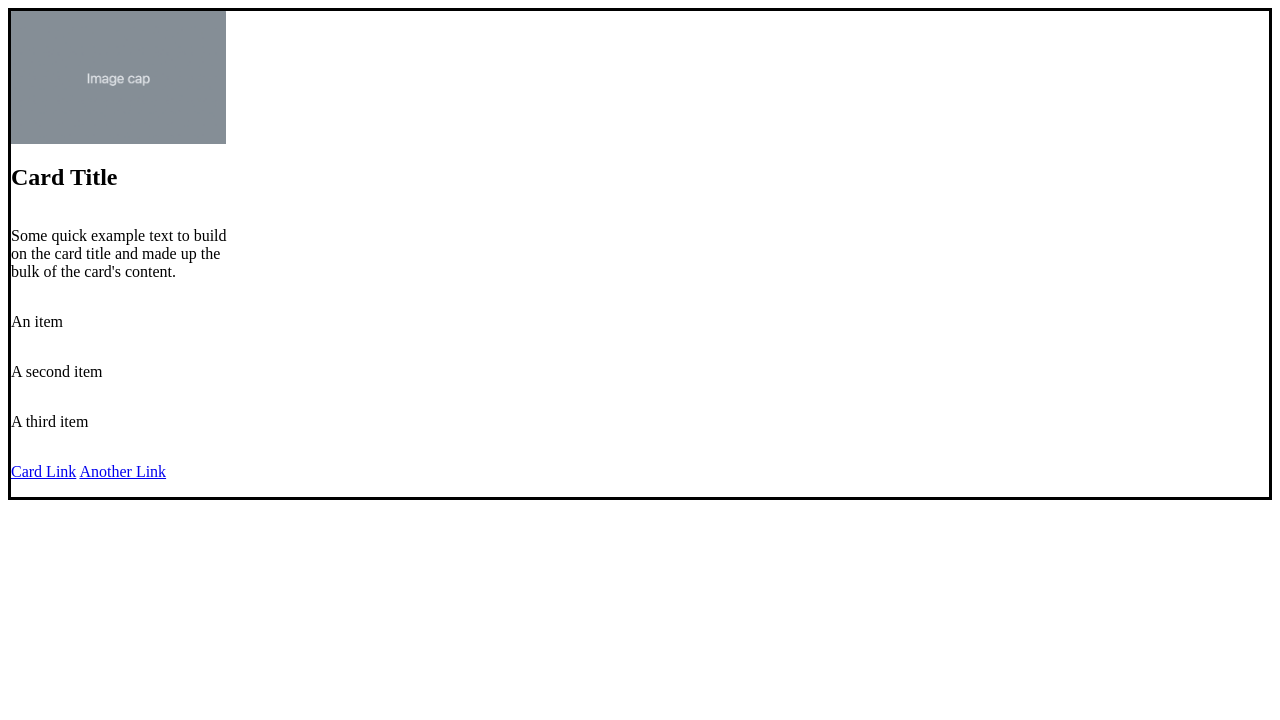
Repository: tr2cky/jsx-exercise
Page: 04 Card/card.html
These files come from the project's save history. The page is drawn as it stood at one moment and after the next save; the edit follows.
The browser window is 1280 px wide. The pictures show the whole page.

Above is the page before, as saved 2022-09-27 16:04:16.

After the next save:
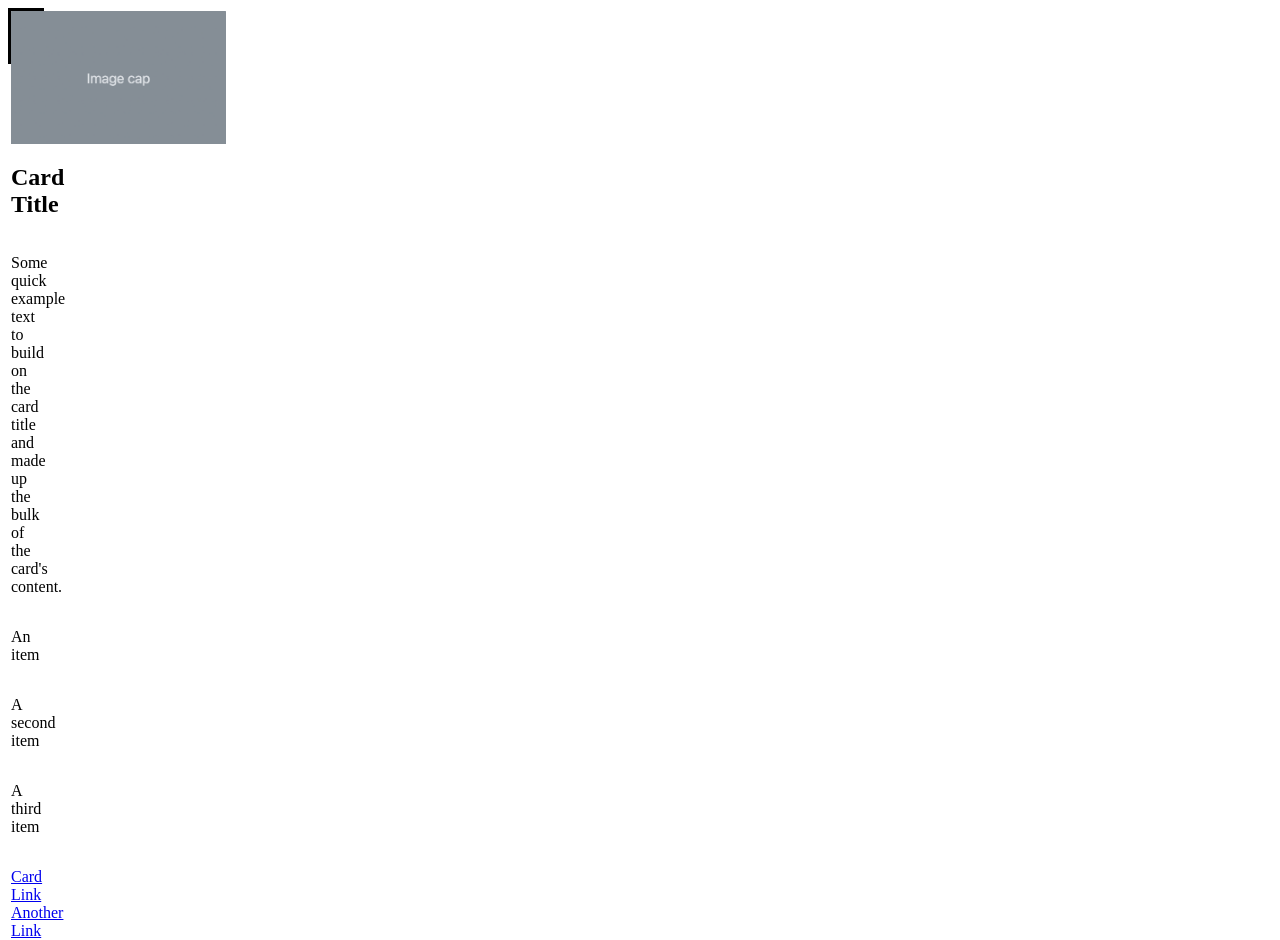
Saved 32 s later.
--- a/04 Card/style.css
+++ b/04 Card/style.css
@@ -2,5 +2,6 @@
     display: flex;
     flex-direction: column;
     border: 3px solid black;
-    justify-content: center;
+    width: 30px;
+    height: 50px;
 }
